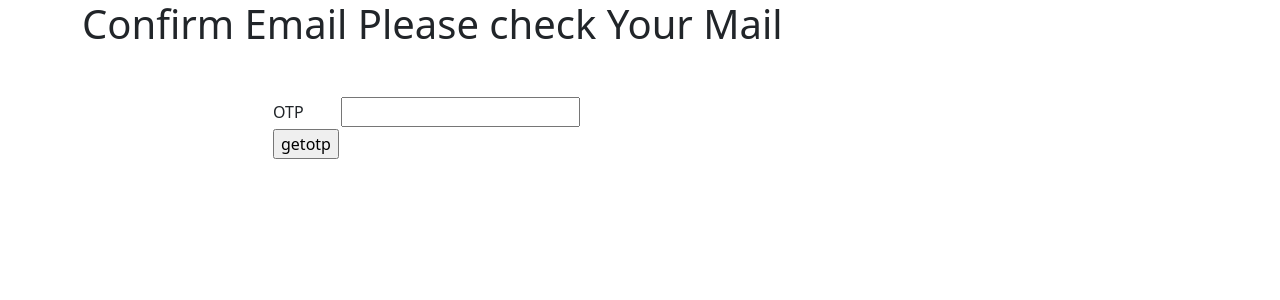
Repository: 2001Yogi/JavaWebAssignment
Page: http://localhost/MessageMVCCrud/verify.jsp
These files come from the project's save history. The page is drawn as it stood at one moment and after the next save; the edit follows.
The browser window is 1280 px wide. The pictures show the whole page.
The page is served by Tomcat 9.

Above is the page before, as saved 2024-09-20 07:31:50.

After the next save:
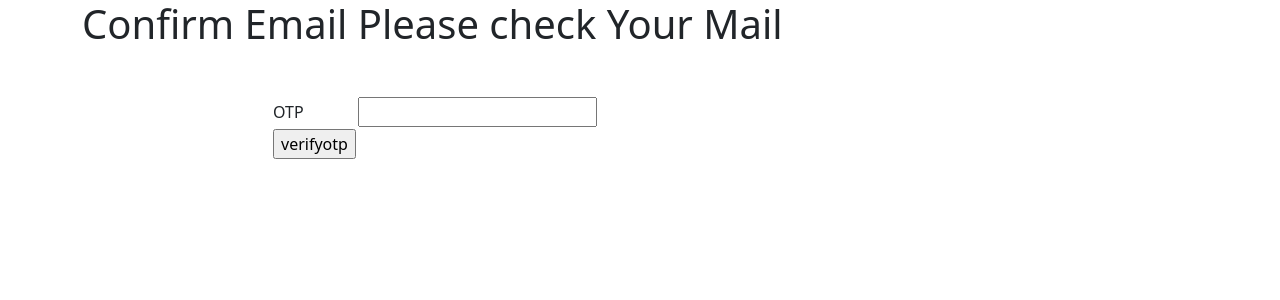
Saved 81 s later.
--- a/MessageMVCCrud/src/main/webapp/verify.jsp
+++ b/MessageMVCCrud/src/main/webapp/verify.jsp
@@ -38,7 +38,7 @@
 						<td><input type = "text" name ="otp" ></td>
 					</tr>
 					<tr class="mb-3">
-						<td><input type = "Submit" name ="action" value ="getotp"></td>
+						<td><input type = "Submit" name ="action" value ="verifyotp"></td>
 					</tr>
 
 					</table>
